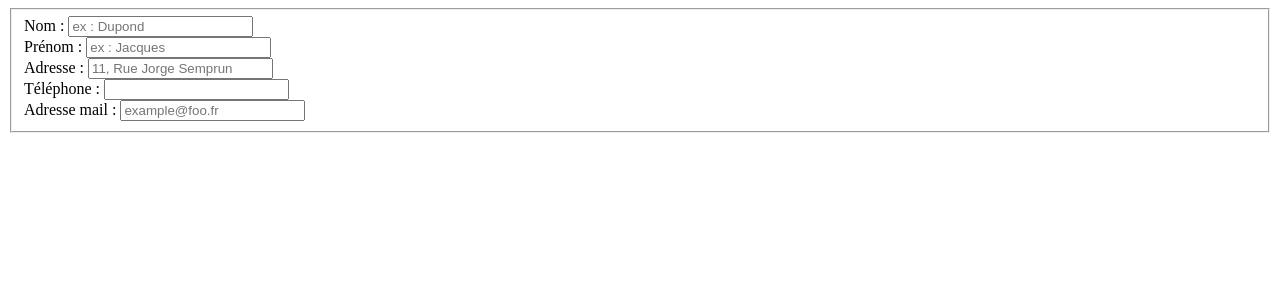
Repository: big73/NFE114
Page: http://localhost/Seance4-step1/formClient.jsp
The author's editor kept a copy of each file at every save. The page is drawn from the files as they stood at one save, then again after the next save.
The browser window is 1280 px wide. The pictures show the whole page.
The page is served by Tomcat 9. Other server files are loaded and not shown.

Above is the page before, as saved 2015-12-30 11:38:29.

### Seance4-step1/WebContent/formClient.jsp
<%@ page language="java" contentType="text/html; charset=UTF-8"
    pageEncoding="UTF-8"%>
<!DOCTYPE html PUBLIC "-//W3C//DTD HTML 4.01 Transitional//EN" "http://www.w3.org/TR/html4/loose.dtd">
<html>
<head>
<meta http-equiv="Content-Type" content="text/html; charset=UTF-8">
<title>Insert title here</title>
</head>
<body>

	<form>
		<fieldset>
			<label>Nom : </label>
			<input type="text" placeholder="ex : Dupond" name="nom"><br>

			<label>Prénom : </label>
			<input type="text" placeholder="ex : Jacques" name="prenom"><br>

			<label>Adresse : </label>
			<input type="text" placeholder="11, Rue Jorge Semprun" name="adresse"><br>

			<label>Téléphone : </label>
			<input type="text" placeloder="0612345678" name="phone"><br>

			<label>Adresse mail : </label>
			<input type="text" placeholder="example@foo.fr" name="mail"><br>
		</fieldset>
	</form>

</body>
</html>

### Seance4-step1/WebContent/WEB-INF/taglibs.jsp
<%@ page language="java" contentType="text/html; charset=UTF-8" pageEncoding="UTF-8"%>
<%@ taglib uri="http://java.sun.com/jsp/jstl/core" prefix="c" %>
<%@ taglib uri="http://java.sun.com/jsp/jstl/functions" prefix="fn" %>
<!DOCTYPE html PUBLIC "-//W3C//DTD HTML 4.01 Transitional//EN" "http://www.w3.org/TR/html4/loose.dtd">
<html>
<head>
<meta http-equiv="Content-Type" content="text/html; charset=UTF-8">
<title>Taglibs Repo</title>
</head>
<body>

</body>
</html>

After the next save:
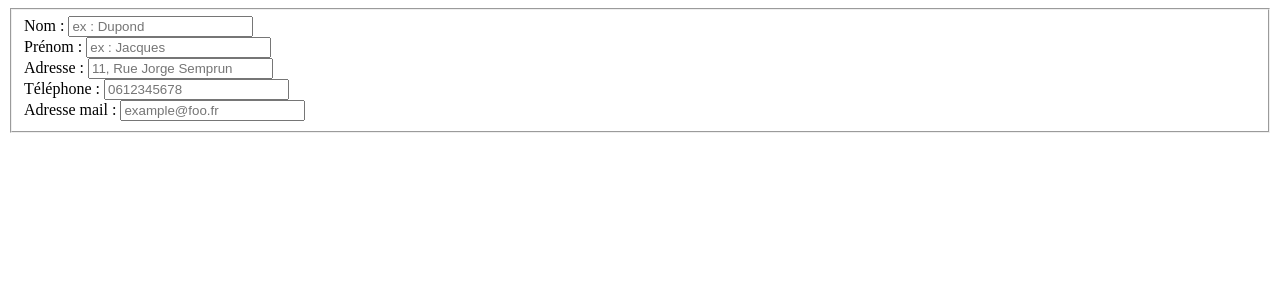
Saved 19 s later.
--- a/Seance4-step1/WebContent/formClient.jsp
+++ b/Seance4-step1/WebContent/formClient.jsp
@@ -20,7 +20,7 @@
 			<input type="text" placeholder="11, Rue Jorge Semprun" name="adresse"><br>
 
 			<label>Téléphone : </label>
-			<input type="text" placeloder="0612345678" name="phone"><br>
+			<input type="text" placeholder="0612345678" name="phone"><br>
 
 			<label>Adresse mail : </label>
 			<input type="text" placeholder="example@foo.fr" name="mail"><br>
